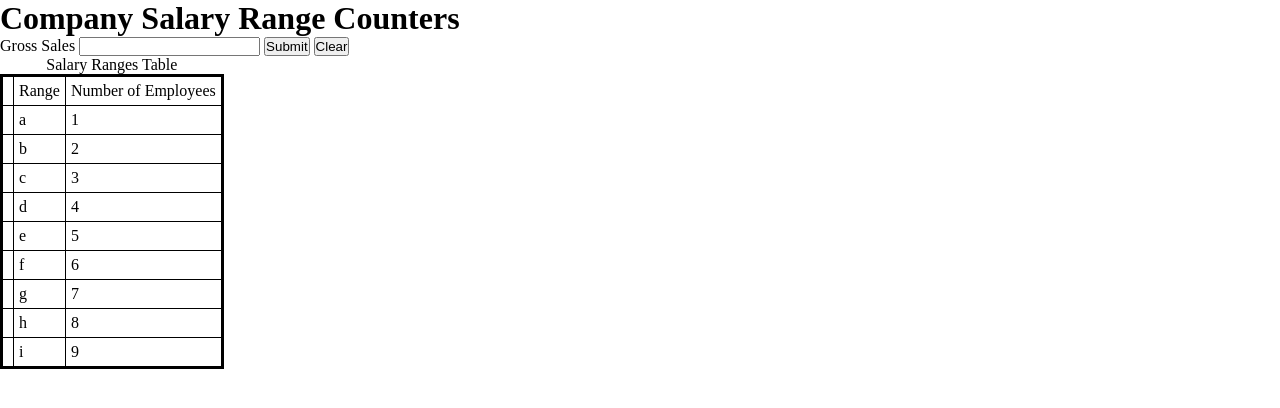
Repository: mlmEFSC21/P17-Sales-Commision
Page: sales.html
These files come from the project's save history. The page is drawn as it stood at one moment and after the next save; the edit follows.
The browser window is 1280 px wide. The pictures show the whole page.

Above is the page before, as saved 2022-03-31 17:18:34.

### sales.html
<!DOCTYPE html>
<html lang="en">
    <head>
        <meta charset="UTF-8" />
        <meta http-equiv="X-UA-Compatible" content="IE=edge" />
        <meta name="viewport" content="width=device-width, initial-scale=1.0" />
        <link rel="stylesheet" href="sales.css" />
        <script src="sales.js"></script>
        <title>Company Salary Range Counters</title>
    </head>
    <body>
        <header class="mainHeader">
            <h1>Company Salary Range Counters</h1>
        </header>
        <form action="/" method="get">
            <label for="grossSales">Gross Sales</label>
            <input type="text" name="grossSales" class="grossSales" id="grossSales" required />
            <button type="submit" class="submit-btn" id="submit-btn">Submit</button>
            <table>
                <caption>
                    Salary Ranges Table
                </caption>
                <thead>
                    <th>
                        <td>Range</td>
                        <td>Number of Employees</td>
                    </th>
                </thead>
                <tbody>
                    <tr>
                        <td></td>
                        <td>a</td>
                        <td>1</td>
                    </tr>
                    <tr>
                        <td></td>
                        <td>b</td>
                        <td>2</td>
                    </tr>
                    <tr>
                        <td></td>
                        <td>c</td>
                        <td>3</td>
                    </tr>
                    <tr>
                        <td></td>
                        <td>d</td>
                        <td>4</td>
                    </tr>
                    <tr>
                        <td></td>
                        <td>e</td>
                        <td>5</td>
                    </tr>
                    <tr>
                        <td></td>
                        <td>f</td>
                        <td>6</td>
                    </tr>
                    <tr>
                        <td></td>
                        <td>g</td>
                        <td>7</td>
                    </tr>
                    <tr>
                        <td></td>
                        <td>h</td>
                        <td>8</td>
                    </tr>
                    <tr>
                        <td></td>
                        <td>i</td>
                        <td>9</td>
                    </tr>
                </tbody>
                <tfoot>
                    <button type="reset" class="clear-btn">Clear</button>
                </tfoot>
            </table>
        </form>
    </body>
</html>

### sales.css
*,
*::after,
*::before {
    box-sizing: border-box;
    margin: 0;
    padding: 0;
}
table {
    border-collapse: collapse;
    border: 3px solid black;
}
th,
tr,
td {
    border: 1px solid black;
    margin: 5px;
    padding: 5px;
}

Loaded but not shown: sales.js (no stored copy; drawn as an empty file)

After the next save:
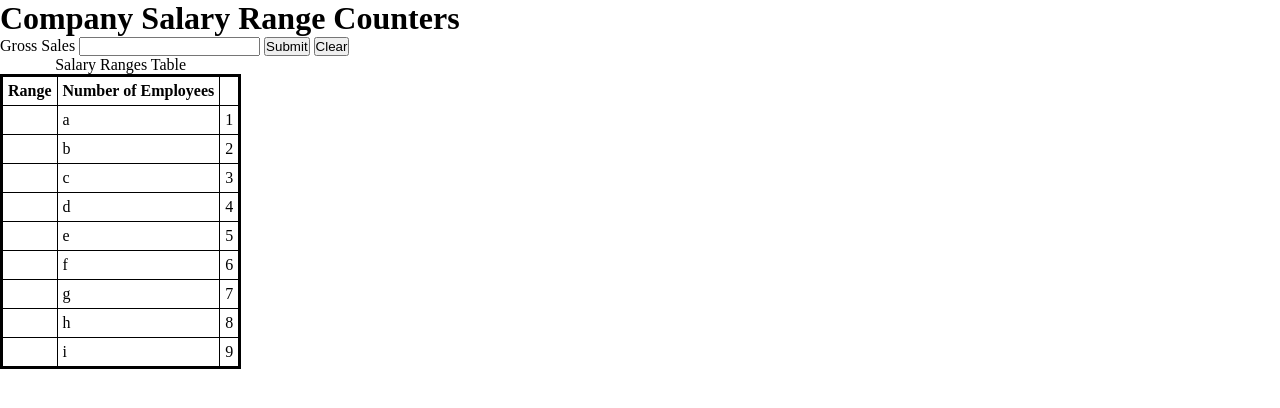
Saved 2 min 6 s later.
--- a/sales.html
+++ b/sales.html
@@ -21,10 +21,10 @@
                     Salary Ranges Table
                 </caption>
                 <thead>
-                    <th>
-                        <td>Range</td>
-                        <td>Number of Employees</td>
-                    </th>
+                    <tr>
+                        <th>Range</th>
+                        <th>Number of Employees</th>
+                    </tr>
                 </thead>
                 <tbody>
                     <tr>
